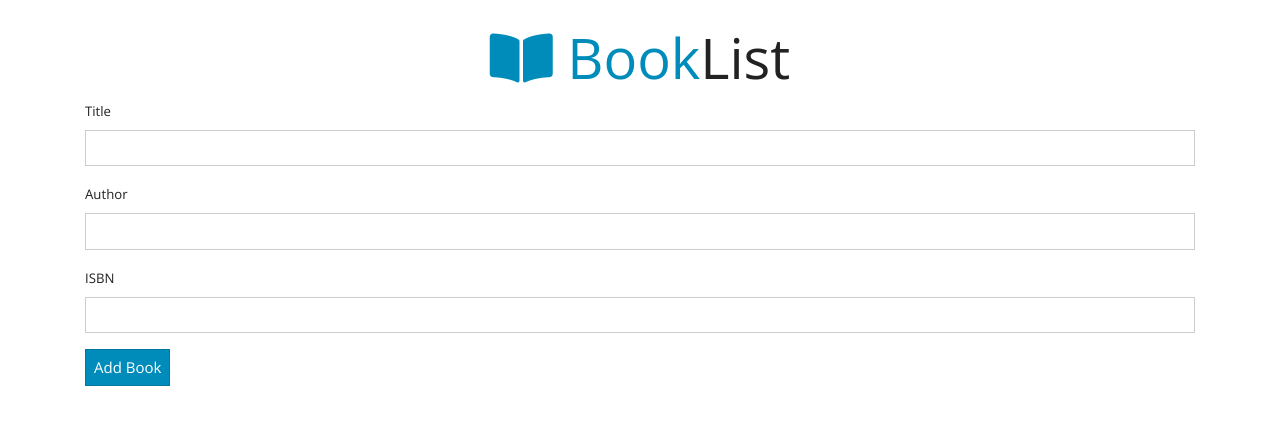
Repository: carrascomcesar/JSBOOKLIST
Page: index.html
An editor plug-in stored every save of this project. The page is shown before and after the next save, followed by the edit.
The browser window is 1280 px wide. The pictures show the whole page.
Some web libraries are served in a nearby version.

Above is the page before, as saved 2021-02-01 10:43:38.

### index.html
<!DOCTYPE html>
<html lang="en">
<head>
    <meta charset="UTF-8">
    <meta name="viewport" content="width=device-width, initial-scale=1.0">
    <link rel="stylesheet" href="https://pro.fontawesome.com/releases/v5.10.0/css/all.css"
        integrity="sha384-AYmEC3Yw5cVb3ZcuHtOA93w35dYTsvhLPVnYs9eStHfGJvOvKxVfELGroGkvsg+p" crossorigin="anonymous" />

    <link rel="stylesheet" href="https://bootswatch.com/4/yeti/bootstrap.min.css">
    <title>Booklist App</title>
</head>
<body>
    <div class="container mt-4">
        <h1 class="display-4 text-center">
            <i class="fa-book-open fas text-primary"></i>
            <span class="text-primary">Book</span>List
        </h1>
        <form id="book-form">
            <div class="form-group">
                <label for="title">Title</label>
                <input type="text" name="" id="title" class="form-control">
            </div>
            <div class="form-group">
                <label for="author">Author</label>
                <input type="text" name="" id="author" class="form-control">
            </div>
            <div class="form-group">
                <label for="isbn">ISBN</label>
                <input type="text" name="" id="isbn" class="form-control">
            </div>
            <input type="submit" value="Add Book" class="btn btn-primary">
        </form>
    </div>
</body>
</html>

After the next save:
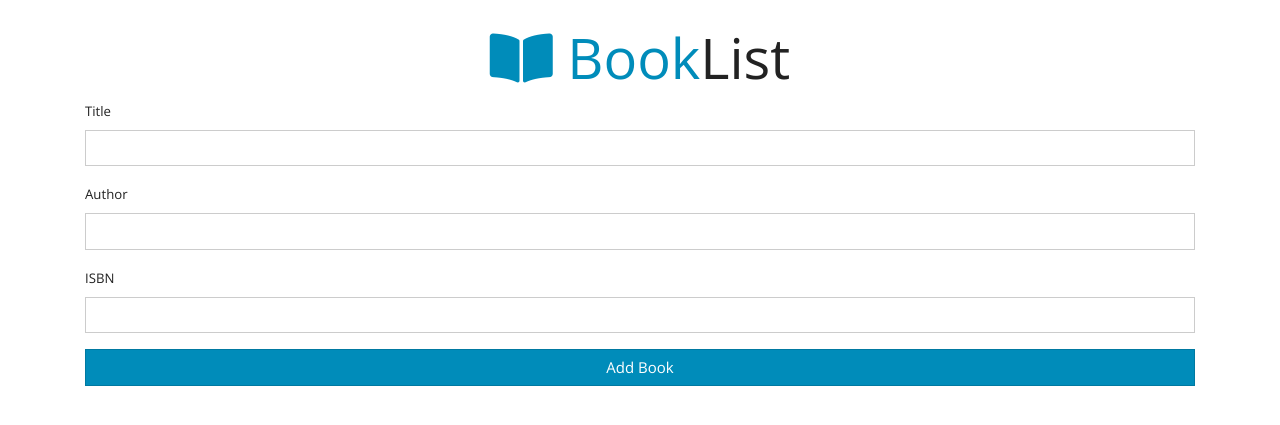
Saved 5 s later.
--- a/index.html
+++ b/index.html
@@ -28,7 +28,7 @@
                 <label for="isbn">ISBN</label>
                 <input type="text" name="" id="isbn" class="form-control">
             </div>
-            <input type="submit" value="Add Book" class="btn btn-primary">
+            <input type="submit" value="Add Book" class="btn btn-primary btn-block">
         </form>
     </div>
 </body>
